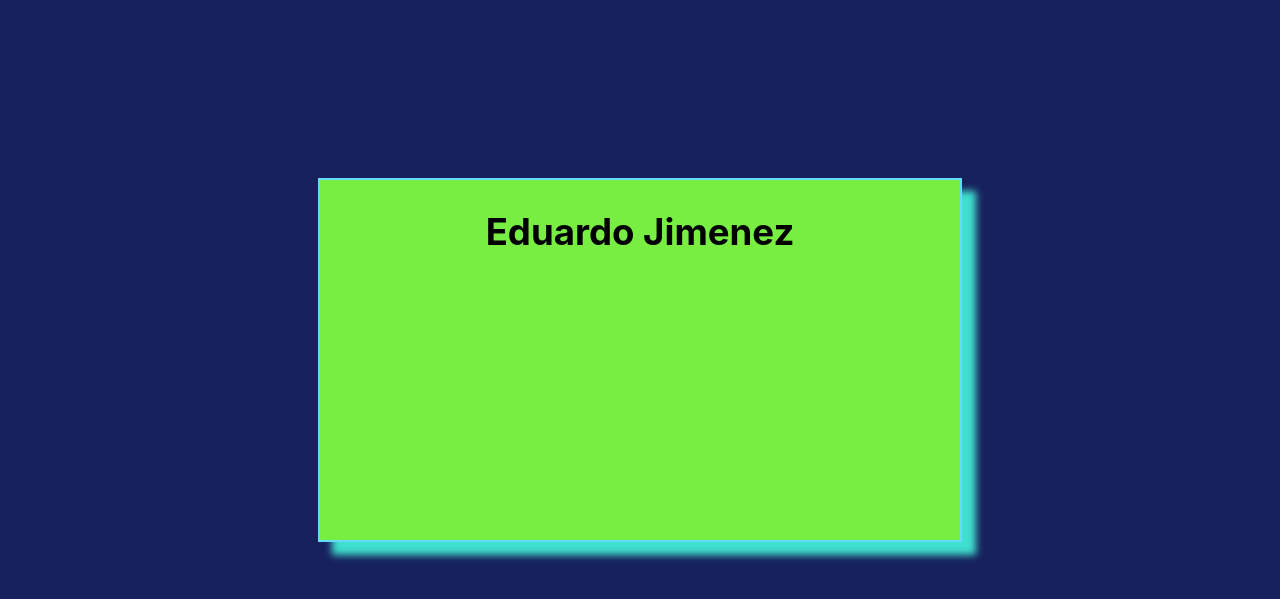
Repository: l8nightswithJS/react-my-portfolio
Page: /
These files come from the project's save history. The page is drawn as it stood at one moment and after the next save; the edit follows.
The browser window is 1280 px wide. The pictures show the whole page.
The project was rebuilt for these pictures with package versions that can differ from the ones it lists, and the page was loaded fresh each time.

Above is the page before, as saved 2021-04-22 23:56:30.

### src/App.js
import './App.css';


function App() {
  return (
    <div className="App">
      <header className="App-header">
        <section>
          <h1>Eduardo Jimenez</h1>
        </section>
      </header>
    </div>
  );
}

export default App;

### src/App.css
.App {
  height: 100vh;
  width: 100%;
  text-align: center;
  background-color: rgb(23, 33, 92);
}

section {
  position: fixed;
  top: 0;
  bottom: 0;
  left: 0;
  right: 0;
  background-color: rgb(120, 238, 66);
  height: 50vh;
  width: 50vw;
  margin: auto;
  font-size: calc(10px + 2vmin);
  color: white;
  border: #61dafb .3vh solid;
  box-shadow: 2vh 1vw 1vh turquoise;
}

h1 {
  color: black;
}

Loaded but not shown: public/index.html (common file); src/index.js (common file); src/index.css (common file); src/reportWebVitals.js (common file)

After the next save:
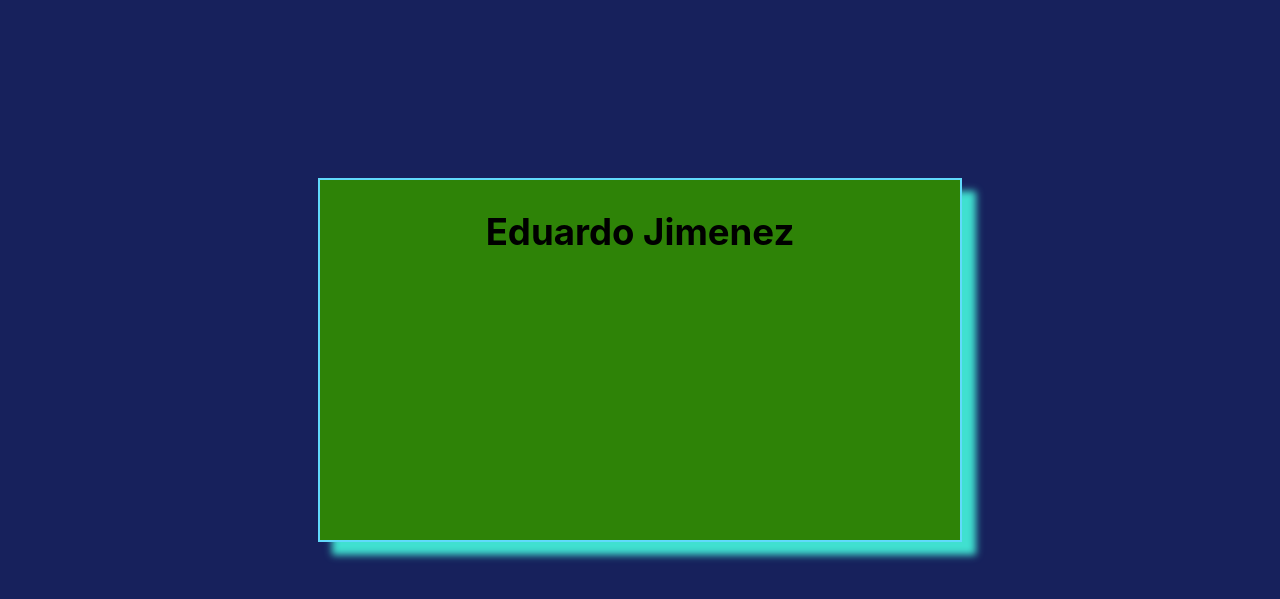
Saved 32 s later.
--- a/src/App.css
+++ b/src/App.css
@@ -11,7 +11,7 @@ section {
   bottom: 0;
   left: 0;
   right: 0;
-  background-color: rgb(120, 238, 66);
+  background-color: rgb(46, 131, 7);
   height: 50vh;
   width: 50vw;
   margin: auto;
